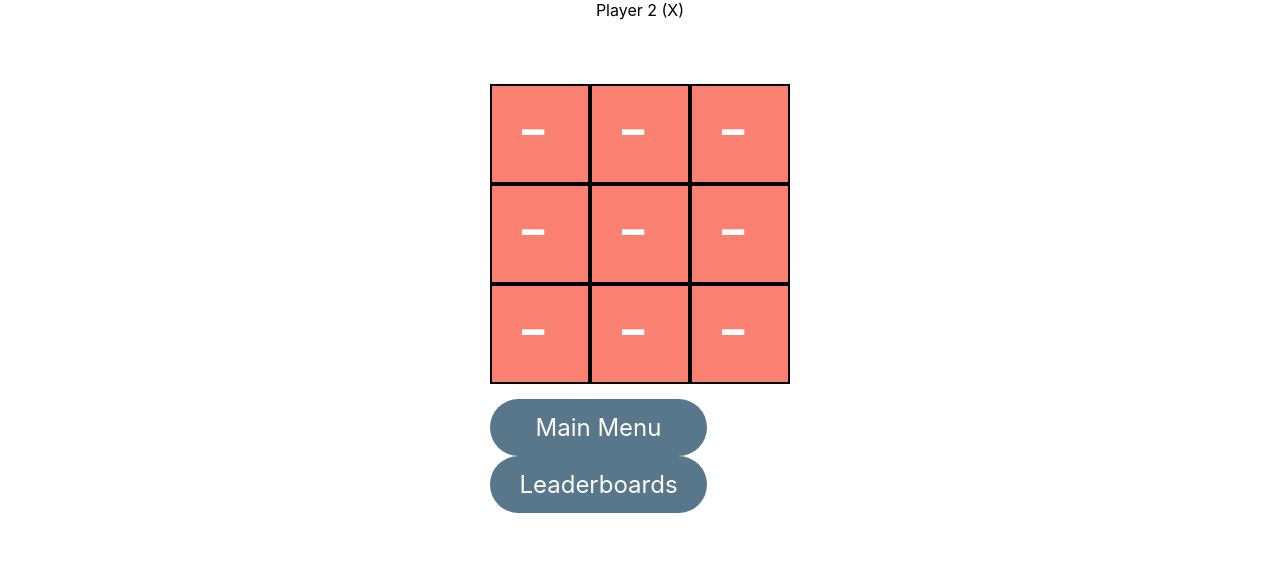
Repository: DawsonGosse/DecisionsGame
Page: /tictacgame (app in web/)
An editor plug-in stored every save of this project. The page is shown before and after a run of saves, followed by the edit.
The browser window is 1280 px wide. The pictures show the whole page.
The project was rebuilt for these pictures with package versions that can differ from the ones it lists, and the page was loaded fresh each time. The framework's server and built-in components were replaced by stand-ins that run in the browser. Also part of the build but not shown: web/next.config.js.

Above is the page before, as saved 2022-01-14 12:35:25.

### web/pages/tictacgame.js
import Game from "../comps/TicTacToe/Game"

export default function TicTacToe() {

    return(
        <div className="MainCont">
            <Game/>
        </div>
    )
}

### web/styles/globals.css
html,
body {
  padding: 0;
  margin: 0;
  font-family: -apple-system, BlinkMacSystemFont, Segoe UI, Roboto, Oxygen,
    Ubuntu, Cantarell, Fira Sans, Droid Sans, Helvetica Neue, sans-serif;
}

a {
  color: inherit;
  text-decoration: none;
}

* {
  box-sizing: border-box;
}

/*************** TIC TAC TOE ***************/

.MainCont{
  display: flex;
  flex-direction: column;
  justify-content: center;
  align-items: center;
  height: screen;
}

.square{
  display: flex;
  flex-wrap: wrap;
  width: 300px;
  height:300px;
  background-color: aquamarine;
}

.innerSquares{
  background-color: salmon;
  border: 2px black solid;
  width:100px;
  height:100px;
  position: relative;
}

.placeholder{
  position: absolute;
  font-size: 70px;
  color:white;
  margin-left: 25px;
}

### web/comps/TicTacToe/Game.js
import { useState } from "react"
import styled from "styled-components"
import Square from "./Square"
import Button from "../Button"

// Grid/Playing Field
const INITIAL_GRID = [
    ['-','-','-'],
    ['-','-','-'],
    ['-','-','-'],
]

// Page Layout
const Container = styled.div`
    display:flex;
    flex-direction: column;
    justify-content:center;
    align-items:center;
    margin-top: 5%;
`

const Buttons = styled.div`
    display:flex;
    flex-direction: column;
    justify-content:center;
    align-items:center;
    margin-top: 5%;
`
const LeaderButton = styled.div`
  display: flex;
  flex-direction: column;
  align-items: center;
  justify-content: center;
  padding-top: 30px;
`


//Setup for turns and ending games
const Game = props=>{
    const [grid, setGrid] = useState(INITIAL_GRID)
    const [turn, setTurn] = useState(Math.random()>0.5?
    false:true);
    const [gameEnd, setGameEnd] = useState(false);
    const [gameWinner, setGameWinner] = useState(null);
    /*
    turn = false => player1 (o)
    turn = true =< player2 (x)
    */


// See if lines has 3 in a row
    const checkLines = (newGrid)=>{
        for(let i=0; i<3; i++){
        let o = 0;
        let x = 0;
            for(let j=0; j<3; j++){
                if(newGrid[i][j] === 'X') x++
                if(newGrid[i][j] === 'O') o++;
            }
            if (x === 3){
              return 'X';
            }
            else if(o === 3){
               return 'O';
            }
        }
        return null;
    }

    // See if columns has 3 in a row
    const checkColumns = (newGrid)=>{
        for(let i=0; i<3; i++){
        let x = 0;
        let o = 0;
            for(let j=0; j<3; j++){
                if(newGrid[j][i] === 'X') x++
                else if(newGrid[j][i] === 'O') o++;
            }
            if (x === 3){
              return 'X';
            }
            if(o === 3){
               return 'O';
            }
        }
        return null;
    }

    // See if both directions of diagonal lines have 3 in a row
    const checkDiagonals = (newGrid)=>{
        // First diagonal
        let x = 0;
        let o = 0;
        for(let i=0; i<3; i++){
            if(newGrid[i][i] === 'X') x++
            if(newGrid[i][i] === 'O') o++;
        }
        if ( x === 3) return 'X'
        else if( o === 3) return 'O';
        // Second diagonal
        x,o = 0;
        for(let i=0; i<3; i++){
            if(newGrid[i][2-i] === 'X') x++
            if(newGrid[i][2-i] === 'O') o++;
        }
        if (x === 3) return 'X';
        else if(o === 3) return 'O';

        return null;

    }


    const setValue = (i,j) =>{
        const newGrid = [...grid];
        if(newGrid[i][j]!='-') return;
        newGrid[i][j] = !turn?'O':'X';
        setGrid(newGrid)
        setTurn(!turn)

        /*
        Who is the winner?
        */

       let winner = null;
       winner = checkLines(newGrid);
       console.log(checkLines(newGrid), checkColumns(newGrid)
       ,checkDiagonals(newGrid))
       if(winner === null)  winner = checkColumns(newGrid);
       if(winner === null)  winner = checkDiagonals(newGrid);

       if(winner){
           setGameEnd(true);
           setGameWinner(winner)
           setGrid(INITIAL_GRID);
        }
    }



    return(
        <>
            {
                gameEnd?(
                    <div>
                        the {gameWinner==='X'?'Player 1 (X)':'Player 2 (O)'} Won The Game!
                        </div>
                ):(
                    <div>
                        {!turn?"Player 1 (O) :":"Player 2 (X)"}
                    </div>
                )
            }
            <Container>
                <div className="square">
                        {
                            grid.map((gLine, i)=>{
                                return(
                                    gLine.map((el,j)=>{
                                        return(
                                            <Square
                                            label = {el}
                                            i={i}
                                            j={j}
                                            setValue={setValue}
                                            />
                                        )
                                    })
                                )
                            })
                        }
                        <Buttons>
                            <Button text="Main Menu" routeTo="/"></Button>

                            <Button text="Leaderboards" routeTo="/leaderboard"></Button>
                            <br></br>
                        </Buttons>
                </div>
            </Container>
        </>
    )
}

export default Game;

### web/comps/TicTacToe/Square.js
import React from "react";
import styled from "styled-components";


const Square = ({label,i,j,setValue})=>{
    return(

        <div className="innerSquares" onClick={()=>setValue(i,j)}>
            <div className="placeholder">
                {label}
            </div>
        </div>
    )
}

export default Square;

### web/comps/Button/index.js
import React from 'react';
import styled from 'styled-components';
import {useRouter} from 'next/router';

const Container = styled.div`
    display: flex;
    justify-content: center;
    align-items: center;
    width: 217px;
    height: 57px;
    background-color: ${props=>props.bgcolor};
    border-radius: 28.5px;
`

const TextCont = styled.div`
    font-size: 24px;
    color: #FFFFFF;
    text-align: center;
`

const Button = ({
    bgcolor='#58778A',
    text="Start Game",
    routeTo="/rpsgame",

}) => {

    const router = useRouter();

    return <Container bgcolor={bgcolor} onClick={()=>router.push(routeTo)}>
        <TextCont>{text}</TextCont>
    </Container>
}

export default Button;

Loaded but not shown: web/pages/_app.js (common file)

After the next 4 saves:
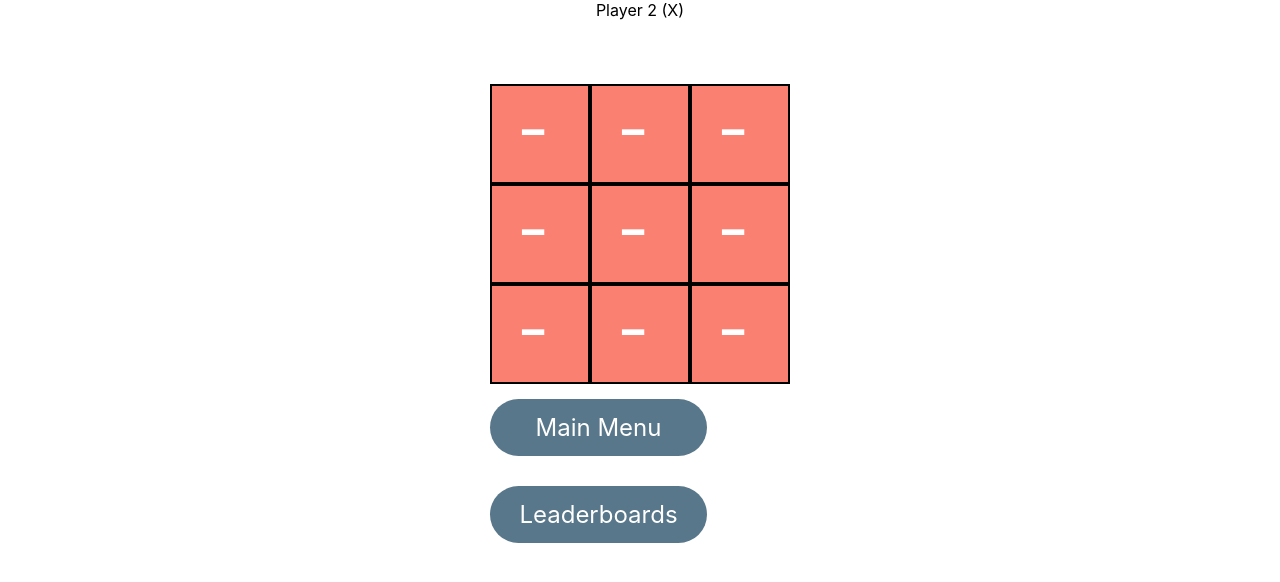
The 4 saves are shown as one change because they came seconds apart.
The last was saved 13 s later.
--- a/web/comps/TicTacToe/Game.js
+++ b/web/comps/TicTacToe/Game.js
@@ -171,7 +171,9 @@ const Game = props=>{
                         }
                         <Buttons>
                             <Button text="Main Menu" routeTo="/"></Button>
+                            <LeaderButton>
 
+                            </LeaderButton>
                             <Button text="Leaderboards" routeTo="/leaderboard"></Button>
                             <br></br>
                         </Buttons>
